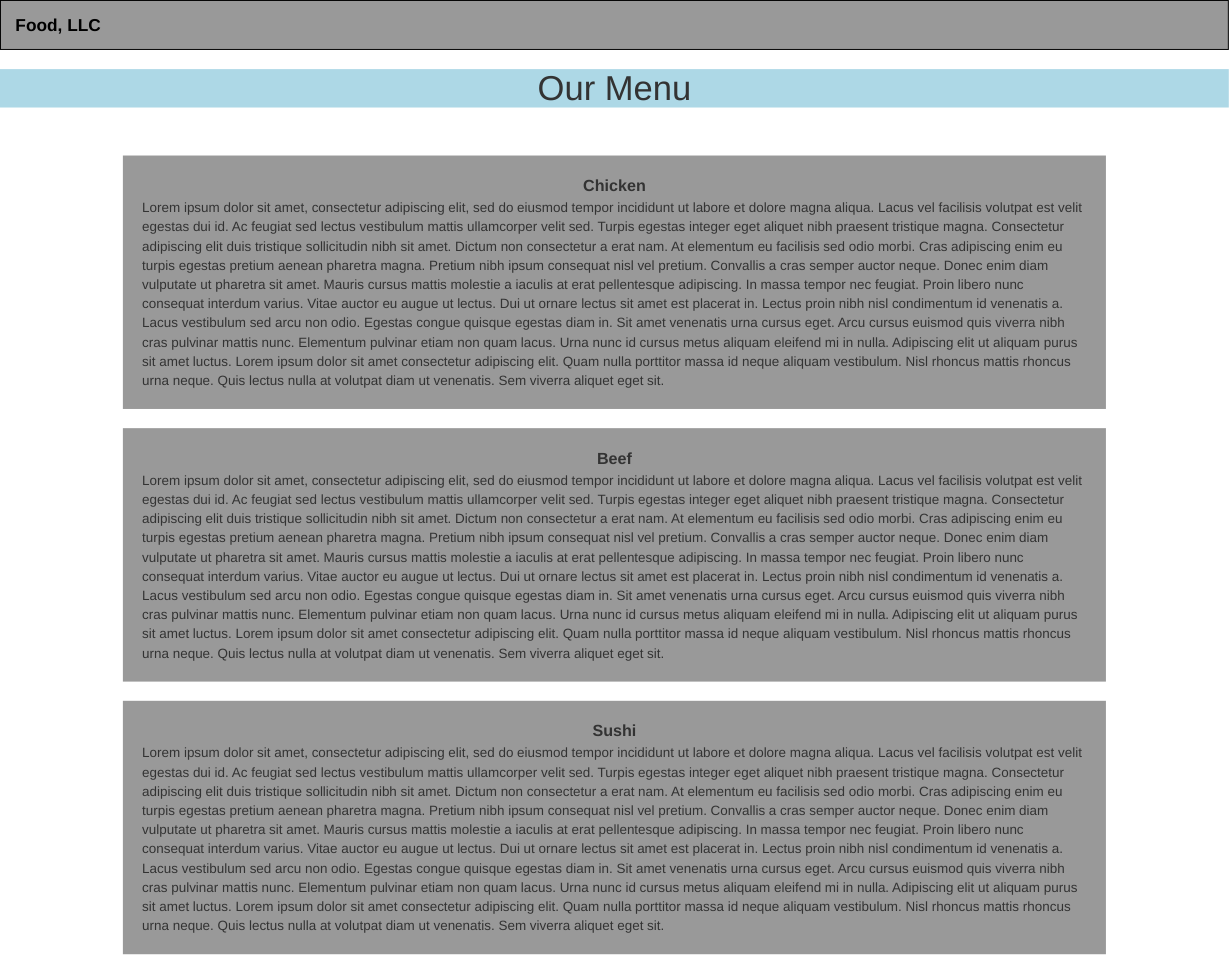
Repository: Cynthia-woo/coursera_frontend_JHU
Page: module3-solution/index.html
These files come from the project's save history. The page is drawn as it stood at one moment and after the next save; the edit follows.
The browser window is 1280 px wide. The pictures show the whole page, at 96% of full size.

Above is the page before, as saved 2024-04-20 02:53:34.

After the next save:
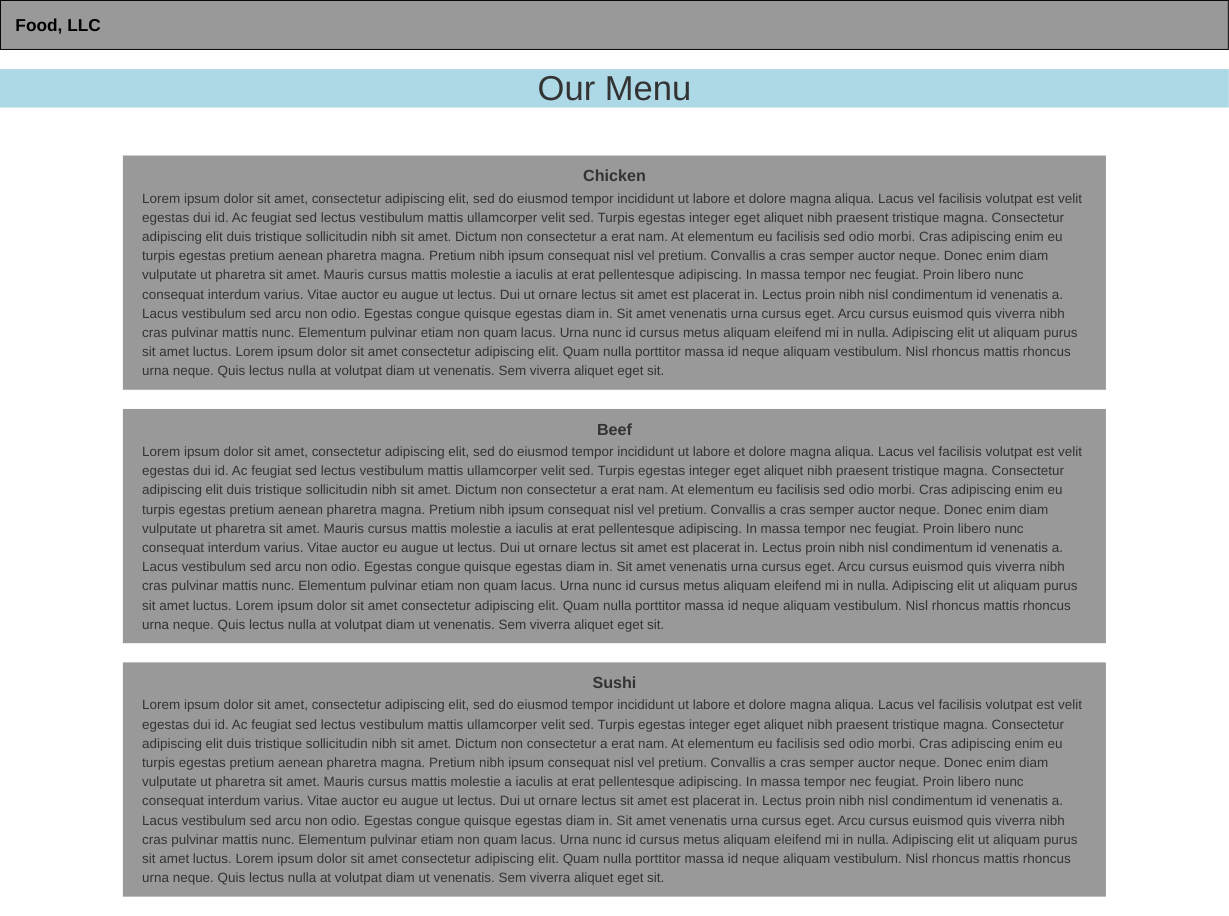
Saved 15 s later.
--- a/module3-solution/css/styles.css
+++ b/module3-solution/css/styles.css
@@ -36,7 +36,7 @@
     /* width: 80%; */
     margin: 0 auto 20px auto;
     background-color: #999;
-    padding: 20px;
+    padding: 10px 20px;
 }
 
 .dish_title {
